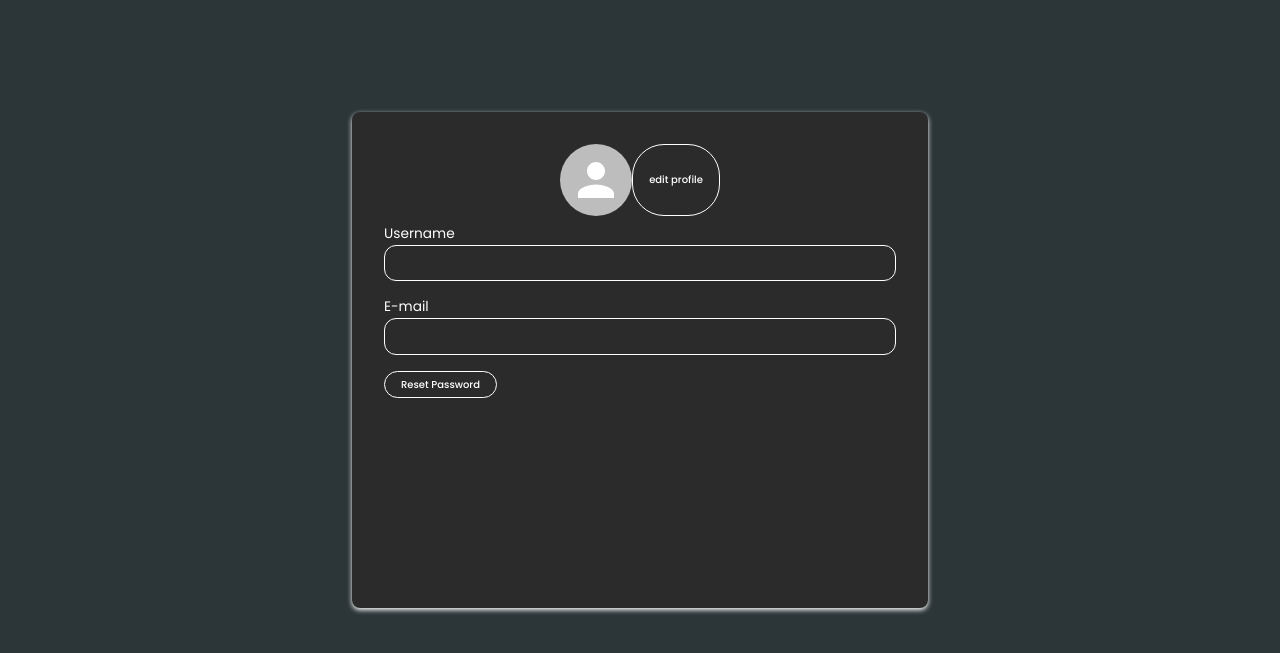
Repository: IzzaSuni/Izza-ToDo
Page: /publicNote/Private/profile
The author's editor kept a copy of each file at every save. The page is drawn from the files as they stood at one save, then again after the next save.
The browser window is 1280 px wide. The pictures show the whole page.
Some web libraries are served in a nearby version. The project was rebuilt for these pictures with package versions that can differ from the ones it lists, and the page was loaded fresh each time. Also part of the build but not shown: src/App.css, src/services.js, src/components/List.js, src/components/Filter.js, src/components/ohayo.js, src/utils/Query.js, src/components/navbar.js, src/components/MainPage.js and 4 more.

Above is the page before, as saved 2022-08-23 23:16:10.

### public/index.html
<!DOCTYPE html>
<html lang="en">
  <head>
    <meta charset="utf-8" />
    <link rel="icon" href="%PUBLIC_URL%/AKU.svg" />
    <meta name="viewport" content="width=device-width, initial-scale=1" />
    <meta name="theme-color" content="#000000" />
    <meta name="description" />
    <link rel="apple-touch-icon" href="%PUBLIC_URL%/logo192.png" />
    <script src="https://kit.fontawesome.com/a076d05399.js" crossorigin="anonymous"></script>
    <!--
      manifest.json provides metadata used when your web app is installed on a
      user's mobile device or desktop. See https://developers.google.com/web/fundamentals/web-app-manifest/
    -->
    <link rel="manifest" href="%PUBLIC_URL%/manifest.json" />
    <!--
      Notice the use of %PUBLIC_URL% in the tags above.
      It will be replaced with the URL of the `public` folder during the build.
      Only files inside the `public` folder can be referenced from the HTML.

      Unlike "/favicon.ico" or "favicon.ico", "%PUBLIC_URL%/favicon.ico" will
      work correctly both with client-side routing and a non-root public URL.
      Learn how to configure a non-root public URL by running `npm run build`.
    -->
    <title>My Notes</title>
  </head>
  <body>
    <noscript>You need to enable JavaScript to run this app.</noscript>
    <div id="root"></div>
    <!--
      This HTML file is a template.
      If you open it directly in the browser, you will see an empty page.

      You can add webfonts, meta tags, or analytics to this file.
      The build step will place the bundled scripts into the <body> tag.

      To begin the development, run `npm start` or `yarn start`.
      To create a production bundle, use `npm run build` or `yarn build`.
    -->
  </body>
</html>

### src/index.js
import React from "react";
import ReactDOM from "react-dom/client";
import "./index.css";
import App from "./App";
import reportWebVitals from "./reportWebVitals";
import { ThemeProvider } from "@mui/material";
import Theme from "./utils/Theme";
const root = ReactDOM.createRoot(document.getElementById("root"));
root.render(
  <ThemeProvider theme={Theme}>
    <React.StrictMode>
      <App />
    </React.StrictMode>
  </ThemeProvider>
);

// If you want to start measuring performance in your app, pass a function
// to log results (for example: reportWebVitals(console.log))
// or send to an analytics endpoint. Learn more: https://bit.ly/CRA-vitals
reportWebVitals();

### src/index.css
@import url("https://fonts.googleapis.com/css2?family=Poppins:ital,wght@0,100;0,200;0,300;0,400;0,500;0,600;0,700;0,800;0,900;1,100;1,200;1,300;1,400;1,500;1,600;1,700;1,800;1,900&display=swap");
body {
  margin: 0;
  font-family: "Poppins", -apple-system, BlinkMacSystemFont, "Segoe UI",
    "Roboto", "Oxygen", "Ubuntu", "Cantarell", "Fira Sans", "Droid Sans",
    "Helvetica Neue", sans-serif;
  -webkit-font-smoothing: antialiased;
  -moz-osx-font-smoothing: grayscale;
  font-smooth: antialiased;
  box-sizing: border-box;
  background-color: #2c3639;
}
button[type="button"] {
  font-size: 10px;
}
svg {
  font-size: 16px !important;
}
code {
  font-family: source-code-pro, Menlo, Monaco, Consolas, "Courier New",
    monospace;
}
#cok:focus-within {
  box-shadow: 0px 1px 0px rgba(0, 0, 0, 0.555);
  transition: all 0.2s;
}
#cok,
#edit {
  box-shadow: 0px;
  transition: all 0.6s;
}
input {
  color: white !important;
  font-family: poppins;
}
textarea {
  color: white !important;
  font-family: poppins;
}
input:-webkit-autofill,
input:-webkit-autofill:hover,
input:-webkit-autofill:focus,
input:-webkit-autofill:active {
  -webkit-box-shadow: 0 0 0 30px #e7f6f2 inset !important;
  box-shadow: 0 0 0 30px #e7f6f2 inset !important;
}
input:disabled {
  -webkit-text-fill-color: black !important;
}
textarea:disabled {
  -webkit-text-fill-color: black !important;
}
#edit:focus-visible {
  box-shadow: 0px 1px 0px rgba(0, 0, 0, 0.555);
  transition: all 0.2s;
}
input#searchBar {
  padding: 4px 8px;
}

.grid {
  display: grid;
  gap: 10px;
  grid-template-columns: repeat(auto-fill, minmax(120px, 1fr));
  grid-template-rows: masonry;
}

.my-masonry-grid {
  display: -webkit-box; /* Not needed if autoprefixing */
  display: -ms-flexbox; /* Not needed if autoprefixing */
  display: flex;
  width: auto;
}
.my-masonry-grid_column {
  /* padding-left: 5px; gutter size */
  background-clip: padding-box;
}

/* Style your items */
.my-masonry-grid_column > div {
  /* change div to reference your elements you put in <Masonry> */
  margin-bottom: 10px;
}

::-webkit-scrollbar {
  width: 6px;
  height: 2px;
}

::-webkit-scrollbar-track {
  box-shadow: inset 0 0 10px transparent;
  border-radius: 10px;
}

/* Handle */
::-webkit-scrollbar-thumb {
  border: 2px solid rgba(0, 0, 0, 0);
  background-clip: padding-box;
  border-radius: 10px;
  background-color: #303030;
}

.shadow {
  box-shadow: 0px 2px 5px white;
}
.MuiPopover-paper {
  background: #2b2b2b !important;
  box-shadow: 0px 2px 5px white !important;
}
#buttonUpload ~ div {
  display: none;
}
#halo:hover::after {
  color: white;
  z-index: 10;
  position: absolute;
  background-color: rgba(0, 0, 0, 0.466);
  height: 100%;
  width: 100%;
  display: flex;
  justify-content: center;
  align-items: center;
  font-family: "Font Awesome 5 Free";
  content: "\f304";
  vertical-align: middle;
  font-weight: 900;
}

/* responsive=============================================================================== */
#mainContainer {
  display: block;
  height: 100vh;
}
@media (max-width: 900px) {
  #mainForm {
    display: none;
  }
  #ohayoSmall {
    text-align: center;
    position: sticky;
    width: 100vw;
  }
  #ohayoBig {
    display: none;
  }

  #listForm {
    width: 100%;
  }
  #buttonAddNotes {
    position: sticky;
    bottom: 0;
    width: 100vw;
    height: 52px !important;
    text-align: center;
    border-radius: 16px 16px 0 0;
  }
}
@media (min-width: 900px) {
  #buttonAddNotes {
    display: none;
  }
  #mainContainer {
    display: block;
  }
  #ohayoSmall {
    display: none;
  }
}

#loginButton:hover {
  background: transparent !important;
}

### src/App.js
import "./App.css";
import Layout from "./components/Layout";
import MainPage from "./components/MainPage";
import { BrowserRouter as Router, Switch, Route } from "react-router-dom";
import Login from "./components/Login";
import CreateAccount from "./components/CreateAccount";
import MainPageLoged from "./components/MainPageLoged";
import Profile from "./components/Profile";

function App({}) {
  return (
    <div className="App">
      <Router>
        <Switch>
          <Route exact path="/publicNote">
            <Layout>
              <MainPage />
            </Layout>
          </Route>
          <Route path={"/login"}>
            <Layout>
              <Login />
            </Layout>
          </Route>
          <Route path={"/signUp"}>
            <Layout>
              <CreateAccount />
            </Layout>
          </Route>
          <Route exact path={"/publicNote/Private"}>
            <Layout>
              <MainPageLoged />
            </Layout>
          </Route>
          <Route exact path={"/publicNote/Private/profile"}>
            <Layout>
              <Profile />
            </Layout>
          </Route>
          <Route path="*">
            <main style={{ padding: "1rem" }}>
              <p>There's nothing here!</p>
            </main>
          </Route>
        </Switch>
      </Router>
    </div>
  );
}

export default App;

### src/utils/Theme.js
import { green } from "@mui/material/colors";
import { createTheme, ThemeProvider } from "@mui/material/styles";

export const background = "#FCE7E7";
export const Black = "#303030";
export const Green = "#E7F634";
export const Disable = "#97A8A8";

export const Screensize = {
  mobile: 0,
  tablet: 900,
  laptop: 1350,
  desktop: 1700,
};

export const colors = {
  background,
  Black,
  Green,
  Disable,
};
export const theme = createTheme({
  breakpoints: {
    values: {
      mobile: 0,
      tablet: 900,
      laptop: 1350,
      desktop: 1700,
    },
  },
  typography: {
    fontFamily: "Poppins",
    fontSize: 12,
    allVariants: {
      color: "white ",
    },
  },
  components: {
    MuiButton: {
      styleOverrides: {
        root: {
          textTransform: "none",
          fontFamily: "Poppins !important",
        },
      },
    },
  },
});

export default theme;

### src/components/Layout.js
import { Box } from "@mui/material";

const Layout = ({ children }) => {
  return (
    <Box
      height={"100vh"}
      width={`calc("100vw - 32px")`}
      display={"flex"}
      alignItems={"center "}
    >
      {children}
    </Box>
  );
};
export default Layout;

### src/components/Profile.js
import IsLogin from "../utils/isLogin";
import { makeStyles } from "@mui/styles";
import { Avatar, Box, Typography } from "@mui/material";
import Input from "./Input";
import { useState } from "react";
import { uploadImages } from "../services";

const useStyles = makeStyles({
  card: {
    height: "60vh",
    width: "40vw",
    background: "#2B2B2B",
    borderRadius: "8px",
    padding: "32px",
  },
  container: {
    height: "100vh",
    width: "100vw",
    display: "flex",
    justifyContent: "center",
    alignItems: "center",
  },
});

export default function Profile() {
  let objectURL;
  const [image, setImage] = useState();
  const { user, signed } = IsLogin();
  const classes = useStyles();

  const onChangeFile = (e) => {
    if (objectURL) {
      URL.revokeObjectURL(objectURL);
    }
    const file = e.target.files[0];
    objectURL = URL.createObjectURL(file);
    console.log(file);
    uploadImages({ images: file });
    return setImage(objectURL);
  };


  return (
    <>
      <Box className={classes.container}>
        <Box className={`${classes.card} shadow`}>
          <Box display="inline-flex" width='100%' justifyContent={'center'}>
            <div onClick={() => document.getElementById("uploadImg").click()}>
              <Avatar id="halo" sx={{ width: '72px', height: '72px' }} src={image ? image : user.picture}></Avatar>
            </div>
            <Input type={'buttonCustom'} > edit profile</Input>

          </Box>

          <Box>
            <Box pb={1}>
              <Input
                id={"uploadImg"}
                type="file"
                inputType={"file"}
                hdlChange={onChangeFile}
                className={{ display: 'none' }}
              />
            </Box>
            <Box pb={2}>
              <Typography>Username</Typography>
              <Input type="email" defVal={user.user} isdisabled={true} />
            </Box>
            <Typography>E-mail</Typography>
            <Input type="email" defVal={user.email} isdisabled />
            <Box pt={2}>
              <Input type="buttonCustom">Reset Password</Input>
            </Box>
          </Box>
        </Box>
      </Box>
    </>
  );
}

### src/components/Input.js
import { makeStyles } from "@mui/styles";
import {
  Box,
  Button,
  FormControl,
  InputAdornment,
  InputBase,
  InputLabel,
  MenuItem,
  Select,
  TextField,
  Typography,
} from "@mui/material";
//icons
import EditIcon from "@mui/icons-material/Edit";
import DeleteIcon from "@mui/icons-material/Delete";
import ClearIcon from "@mui/icons-material/Clear";
import DoneIcon from "@mui/icons-material/Done";
import { useState } from "react";
import { LoadingButton } from "@mui/lab";

const useStyles = makeStyles({
  paper: {
    height: "100%",
    width: "20%",
    background: "#E7F6F2 !important",
    borderRadius: "16px",
    overflow: "auto",
  },
  paperList: {
    height: "100%",
    width: "80%",
    flexWrap: "wrap",
    background: "#CEE5D0 !important",
    overflow: "auto",
  },
  Button: {
    "&.MuiButton-root": {
      textTransform: "none !important",
      color: "white",
      background: "transparent ",
      borderRadius: "32px",
      border: "1px solid white",
      padding: "4px 16px",
      "&:hover": {
        background: "#693737",
        color: "white ",
      },
      "&:active": {
        background: "#693737",
        color: "white ",
      },
      "& .MuiLoadingButton-loadingIndicator": {
        color: "white !important",
      },
      "&.Mui-disabled": {
        color: "rgba(255, 255, 255, 0.541)",
      },
    },
  },
  TextField: {
    "&:hover fieldset": {
      borderColor: "#100F0F !important",
      color: "white",
    },
    "& label.Mui-focused": {
      color: "white",
    },
    "& fieldset": {
      borderColor: "white !important",
    },
    "&.Mui-focused fieldset": {
      borderColor: "white !important",
    },
    "& .MuiOutlinedInput-root": {
      borderRadius: "12px !important",
      color: "white",
    },
  },
  TextFields: {
    "& .MuiInputBase-input": {
      padding: "0px !important",
      borderBottom: "1px white dashed !important",
      width: "100%",
    },
  },
  login: {
    "&:hover fieldset": {
      borderColor: "white !important",
    },
    "& label.Mui-focused": {
      color: "black",
    },
    "& fieldset": {
      borderColor: "white !important",
    },
    "&.Mui-focused fieldset": {
      borderColor: "white !important",
    },
    "& .MuiOutlinedInput-root": {
      borderRadius: "12px !important",
    },
  },
  form: {
    justifytitle: "space-between",
    width: ` 100% `,
    marginTop: "32px",
  },
  editForm: { width: "100%", display: "flex", padding: "0px 8px" },
  smallBox: {
    height: "10px",
    width: "10px",
    marginRight: "32px",
    borderRadius: "16px",
    paddingLeft: "16px",
    border: "1px dashed black",
  },
  Menu: {
    "&.MuiMenu-list": {
      background: "#2B2B2B",
      borderRadius: "12px",
      padding: "16px",
      width: "250px",
    },
    "& .MuiMenuItem-root": {
      padding: "0px",
    },
  },
});

export default function Input({
  type,
  hdlChange,
  children,
  defVal,
  hdlEdit,
  onClickBtn,
  className,
  label,
  inputType,
  loading,
  maxchar,
  isdisabled,
  icon,
  id,
}) {
  const [anchorEl, setAnchorEl] = useState(null);

  const renderButton = ({ value, type }) => {
    return type === "delete" ? (
      value.isedit ? (
        <>
          <DoneIcon />
        </>
      ) : (
        <>
          <DeleteIcon />
        </>
      )
    ) : value.isedit ? (
      <>
        <ClearIcon sx={{ ml: 1 }} />
      </>
    ) : (
      <>
        <EditIcon sx={{ ml: 1 }} />
      </>
    );
  };

  const classes = useStyles();
  const renderInput = () => {
    switch (type) {
      case "text":
        return (
          <TextField
            size={"small"}
            label={"Title"}
            placeholder="Type the title here"
            className={classes.TextField}
            required
            inputProps={{ maxLength: "20" }}
            sx={{ width: "100%", marginBottom: 3 }}
          />
        );
      case "email":
        return (
          <TextField
            size={"small"}
            defaultValue={defVal}
            id={id}
            label={label}
            placeholder={label}
            className={classes.login}
            type={inputType}
            inputProps={{ maxLength: maxchar }}
            InputProps={icon}
            disabled={isdisabled}
            sx={{
              width: "100%",
              marginBottom: 3,
              "&.MuiFormControl-root": {
                marginBottom: 0,
              },
              "& .Mui-focused": {
                color: "white !important",
              },
              "& .Mui-disabled": {
                WebkitTextFillColor: "rgb(255 255 255 / 40%) !important",
              },
            }}
            onChange={hdlChange}
          />
        );

      case "file":
        return (
          <TextField
            size={"small"}
            defaultValue={defVal}
            id={id}
            label={label}
            placeholder={label}
            className={classes.login}
            type={inputType}
            inputProps={{ accept: "image/*" }}
            InputProps={icon}
            disabled={isdisabled}
            sx={{
              display: 'none'
            }}
            onChange={hdlChange}
          />
        );

      case "multiline":
        return (
          <TextField
            label={"Description"}
            size={"medium"}
            placeholder="Type the description here"
            className={classes.TextField}
            multiline
            sx={{ width: "100%", marginBottom: 3, borderRadius: 12 }}
          />
        );
      case "select":
        return (
          <FormControl
            fullWidth
            className={`${classes.TextField} `}
            sx={{
              marginBottom: "24px",
            }}
            id="kontol"
          >
            <InputLabel id="catLabel">Select Category</InputLabel>
            <Select
              id="catuu"
              label="Select Category"
              onChange={hdlChange}
              defaultChecked={false}
              required
              className={`${classes.Menu}`}
            >
              <MenuItem value={"Reminder"} disabled>
                Select a category
              </MenuItem>
              <MenuItem value={"Work"}>Work</MenuItem>
              <MenuItem value={"To do"}>To do</MenuItem>
              <MenuItem value={"Money"}>Money</MenuItem>
              <MenuItem value={"Reminder"}>Reminder</MenuItem>
              <MenuItem value={"Assignment"}>Task</MenuItem>
              <MenuItem value={"Study"}>Study</MenuItem>
            </Select>
          </FormControl>
        );

      case "button":
        return (
          <Button
            disableRipple
            type="submit"
            variant="contained"
            className={classes.Button}
            sx={className}
            id={id}
          >
            {children}
          </Button>
        );
      case "buttonLoading":
        return (
          <LoadingButton
            disableRipple
            type="submit"
            variant="contained"
            loading={loading}
            className={classes.Button}
            sx={className}
            disabled={isdisabled}
            loadingPosition="end"
          >
            {children}
          </LoadingButton>
        );
      case "buttonCustom":
        return (
          <Button
            disableRipple
            type="button"
            onClick={onClickBtn}
            className={`${classes.Button}`}
            id={id}
            style={className}
          >
            {children}
          </Button>
        );

      case "editTitle":
        return (
          <InputBase
            defaultValue={defVal.title}
            onChange={hdlEdit}
            className={classes.TextFields}
            disabled={defVal.isedit === true ? false : true}
            sx={{
              fontSize: "16px !important",
            }}
          />
        );
      case "editDesc":
        return (
          <InputBase
            sx={{
              width: "100%",
              padding: "0px !important",
              mt: 2,
              lineHeight: "18px",
            }}
            defaultValue={defVal.desc}
            onChange={hdlEdit}
            className={classes.TextFields}
            disabled={defVal.isedit === true ? false : true}
            multiline
          />
        );
      case "divider":
        return (
          <Box
            height={"1px"}
            width="100%"
            bgcolor={"#CEE5D0"}
            mx={2}
            variant="middle"
            alignSelf={"center "}
          />
        );
      default:
        break;
    }
  };
  return renderInput();
}

### src/utils/isLogin.js
import jwtDecode from "jwt-decode";
import Cookies from "universal-cookie";


const IsLogin = () => {
  const secret = process.env.REACT_APP_SECRET_TOKEN;
  const cookies = new Cookies();
  const bearer = cookies.get("akikToken");

  const signed = bearer ? jwtDecode(bearer).aud === secret : false;
  const user = bearer
    ? {
        user: jwtDecode(bearer).name,
        email: jwtDecode(bearer).email,
        isVerifiedEmail: jwtDecode(bearer).email_verified,
        userId: jwtDecode(bearer).user_id,
        picture: jwtDecode(bearer).picture,
      }
    : {};

  return { signed, user };
};

export default IsLogin;

Loaded but not shown: src/reportWebVitals.js (common file)

After the next save:
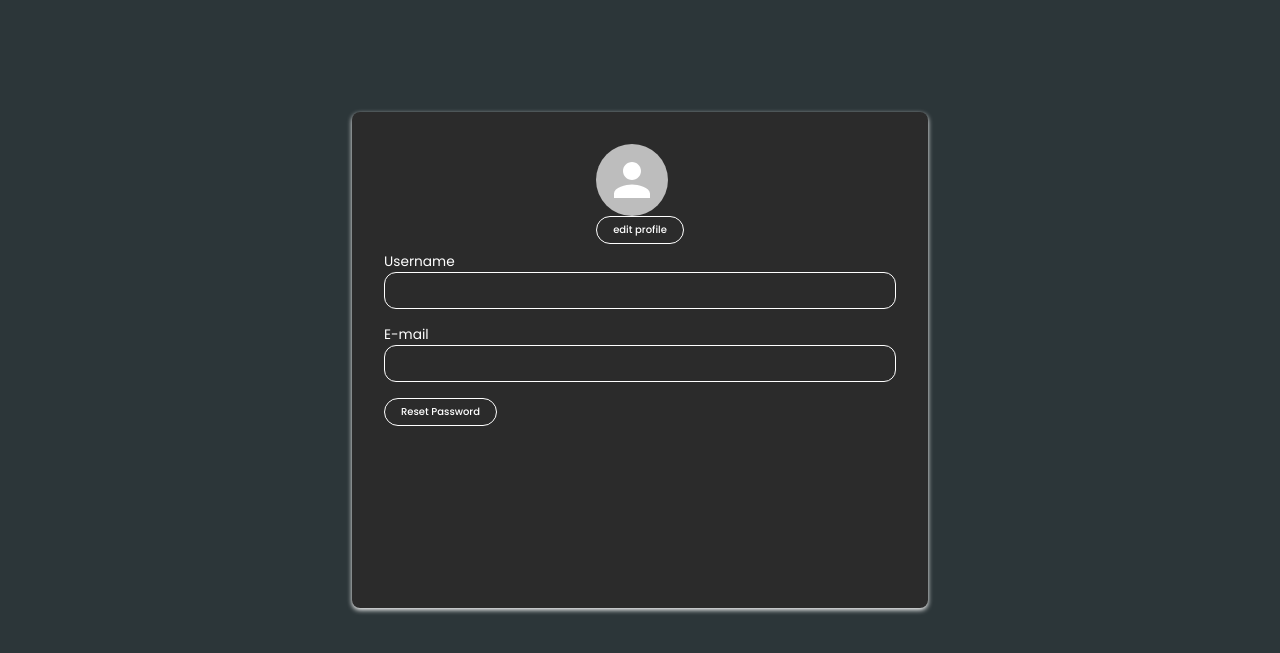
Saved 2 min 43 s later.
--- a/src/components/Profile.js
+++ b/src/components/Profile.js
@@ -45,10 +45,13 @@ export default function Profile() {
       <Box className={classes.container}>
         <Box className={`${classes.card} shadow`}>
           <Box display="inline-flex" width='100%' justifyContent={'center'}>
-            <div onClick={() => document.getElementById("uploadImg").click()}>
-              <Avatar id="halo" sx={{ width: '72px', height: '72px' }} src={image ? image : user.picture}></Avatar>
+            <div>
+              <div onClick={() => document.getElementById("uploadImg").click()}>
+                <Avatar id="halo" sx={{ width: '72px', height: '72px' }} src={image ? image : user.picture}></Avatar>
+              </div>  <Input type={'buttonCustom'} > edit profile</Input>
             </div>
-            <Input type={'buttonCustom'} > edit profile</Input>
+
+
 
           </Box>
 
